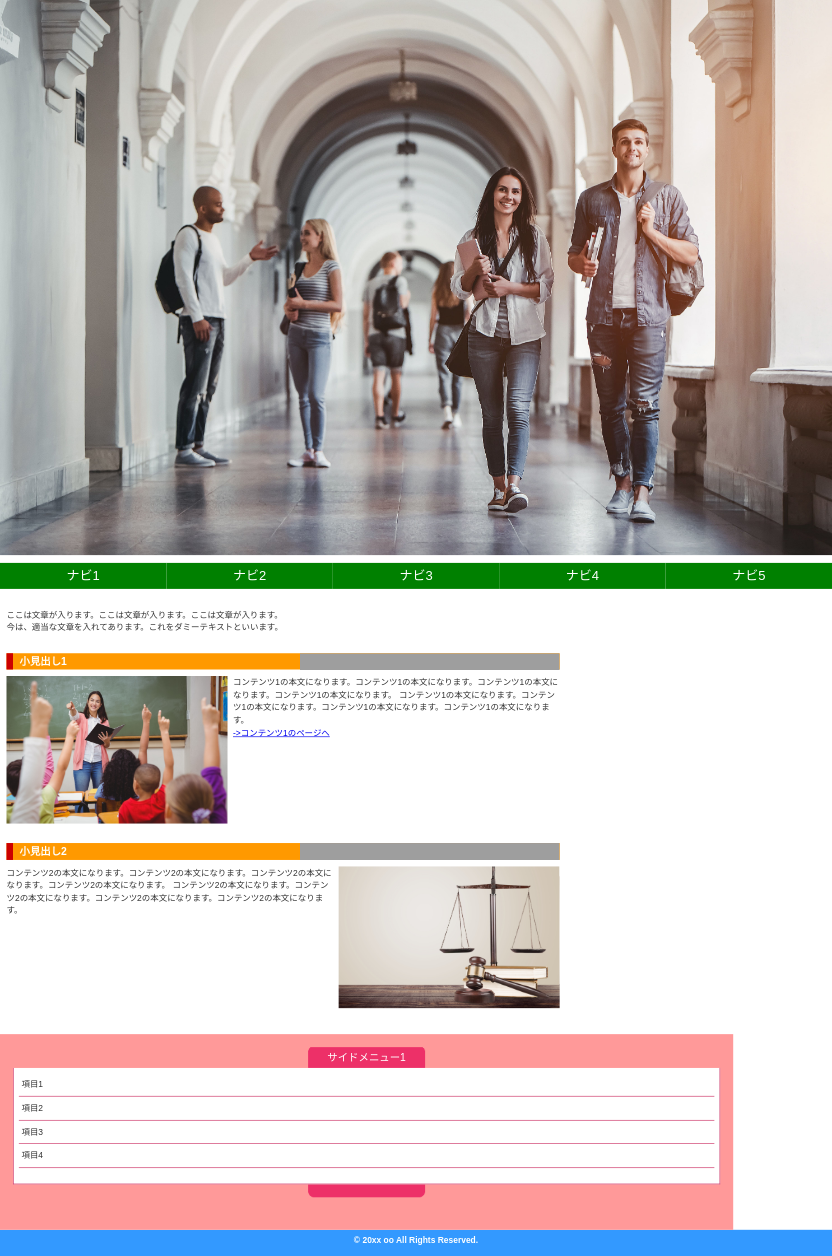
Repository: Thimblee/HTML-CSS-JS
Page: home.html
The author's editor kept a record of every edit. The page is drawn from the files as they stood at one moment, then again after the next edit.
The browser window is 1280 px wide. The pictures show the whole page, at 65% of full size.
Pictures or frames that could not be fetched are drawn as grey boxes.

Above is the page before.

### home.html
<!DOCTYPE html>
<html lang="ja">
    <head>
        <meta charset="UTF-8">
        <title>HTML/CSSの学習</title>
        <link rel="stylesheet" href="stylesheet.css">
    </head>
    <body>
        <div id="header">
            <h1><a href="index.html"><img id="corridor" src="images/corridor.jpg" alt="大学の廊下" /></a></h1>
        </div>
        <div id="wrapper">
            <div id="nav">
                <ul>
                    <li><a href="home.html">ナビ1</a></li>
                    <li><a href="#">ナビ2</a></li>
                    <li><a href="#">ナビ3</a></li>
                    <li><a href="#">ナビ4</a></li>
                    <li><a href="#">ナビ5</a></li>
                </ul>
            </div>
            <div id="container">
                <div id="main">
                    <div class="post">
                        <p>ここは文章が入ります。ここは文章が入ります。ここは文章が入ります。<br />今は、適当な文章を入れてあります。これをダミーテキストといいます。</p>
                    </div>
                    <div class="post clearfix">
                        <h2>小見出し1</h2>
                        <img class="left" src="images/classroom.jpg" alt="授業風景" />
                        <p>
                            コンテンツ1の本文になります。コンテンツ1の本文になります。コンテンツ1の本文になります。コンテンツ1の本文になります。
                            コンテンツ1の本文になります。コンテンツ1の本文になります。コンテンツ1の本文になります。コンテンツ1の本文になります。
                        </p>
                        <p><a href="#">->コンテンツ1のページへ</a></p>
                    </div>
                    <div class="post clearfix">
                        <h2>小見出し2</h2>
                        <img class="right" src="images/scale.jpg" alt="天秤" />
                        <p>
                            コンテンツ2の本文になります。コンテンツ2の本文になります。コンテンツ2の本文になります。コンテンツ2の本文になります。
                            コンテンツ2の本文になります。コンテンツ2の本文になります。コンテンツ2の本文になります。コンテンツ2の本文になります。
                        </p>
                    </div>
                </div>
            </div>
            <div id="side">
                <div class="box">
                    <h2>サイドメニュー1</h2>
                    <div class="boxBody">
                        <ul>
                            <li>項目1</li>
                            <li>項目2</li>
                            <li>項目3</li>
                            <li>項目4</li>
                        </ul>
                    </div>
                </div>
            </div>
        </div>
        <div id="footer">
            <p>&copy; 20xx oo All Rights Reserved.</p>
        </div>
    </body>
</html>

### stylesheet.css
@charset "utf-8";

body {
    margin: 0;
    padding: 0;
    font-family: "ヒラギノ角ゴ Pro W3", "Hiragino Kaku Gothic Pro", "メイリオ", Meiryo, Osaka, "ＭＳ Ｐゴシック", "MS PGothic", sans-serif;
    color: #333;
    font-size: 13px;
    line-height: 150%
}

/* -------------------- wrapper -------------------- */
#wrapper {
    width: 100%;
    margin: auto;
    padding: 0px;
    border: 0px;
    background-color: #FFF;
    top: 10px;
    position: relative;
}

/* -------------------- header -------------------- */
#header {
    width: 100%;
}
#header h1 {
    margin: 0;
    padding: 0;
}

#corridor {
    width: 100%;
    height: auto;
}

/* -------------------- footer -------------------- */
#footer {
    clear: both;
    width: 100%;
    padding: 3px 0 3px 0;
    background: #39F;
    color: #FFF;
    font-weight: bold;
    text-align: center;
}

/* -------------------- nav -------------------- */
#nav {
    width: 100%;
}
#nav ul {
    display: flex;
    margin: 0;
    padding: 0;
    list-style-type: none;
}
#nav ul li {
    width: 20%;
    text-align: center;
}
#nav ul li a {
    display: block;
    height: 20px;
    margin: 0;
    padding: 10px;
    color: #FFF;
    font-size: 20px;
    text-decoration: none;
    background-color: green;
}

#nav ul li a:hover {
    filter: drop-shadow(10px 10px 10px black);
}

/* -------------------- container -------------------- */
#container {
    width: 100%;
    margin: auto;
    padding: auto;
    padding-top: 20px;
    clear: both;
    display: grid;
    grid-template-columns: 70vw 30vw;
}
/* -------------------- main -------------------- */
#main {
    width: 95%;
    padding: 10px 30px 10px 10px;
}
#main h2 {
    margin: 0 0 10px 0;
    padding: 3px 10px 3px 10px;
    color: #FFF;
    font-size: 16px;
    border-left: solid 10px #C00;
    background: #F90 url(../images/main_h2.jpg) right top repeat-y;
}
#main p {
    margin: 0;
    padding: 0;
}
#main .post {
    margin: 0 0 30px 0;
}

#main .post img.right {
    margin: 0 0 0 8px;
}
#main .post img.left {
    margin: 0 8px 0 0;
}

.right {
    float: right;
    width: 40%;
    height: auto;
}
.left {
    float: left;
    width: 40%;
    height: auto;
}

/* -------------------- clearfix -------------------- */
.clearfix {
    zoom: 1;
}
.clearfix:after {
    content: "";
    display: block;
    clear: both;
}

/* -------------------- side -------------------- */
#side {
    width: 85%;
    padding: 20px;
    background-color: #F99;
}
#side .box {
    margin: 0 auto 30px auto;
    padding: 0 0 20px 0;
    background: url(images/side_box.png) bottom no-repeat;
}
#side .box h2 {
    margin: 0;
    padding: 8px;
    text-align: center;
    color: #fff;
    font-size: 16px;
    line-height: 16px;
    font-weight: normal;
    background: url(images/side_box_h2.png) center no-repeat;
}
#side .box .boxBody {
    padding: 8px;
    border-right: solid 1px #C36;
    border-bottom: solid 1px #C36;
    border-left: solid 1px #C36;
    background: #fff;
}
#side .box .boxBody ul {
    margin: 0 0 16px 0;
    padding: 0;
}
#side .box .boxBody ul li {
    padding: 8px 0 8px 4px;
    list-style: none;
    border-bottom: solid 1px #C36;
}

#side .box .boxBody ul li:hover {
    padding: 8px 0 8px 4px;
    list-style: none;
    border-bottom: solid 1px #C36;
    box-shadow: 0px 4px 4px rgba(0, 0, 0, 0.3);
}

After the next edit:
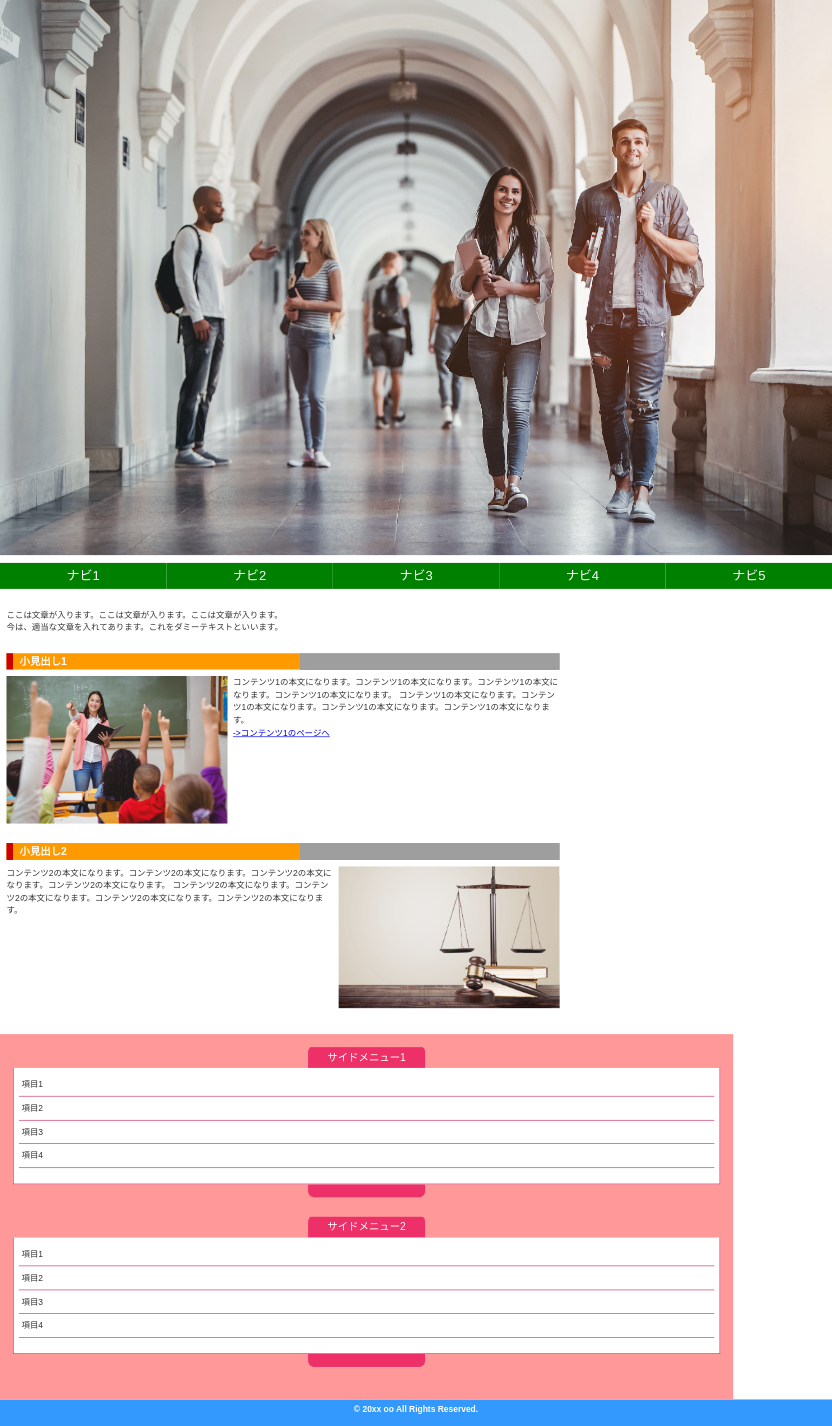
The edit:
--- a/home.html
+++ b/home.html
@@ -55,6 +55,17 @@
                         </ul>
                     </div>
                 </div>
+                <div class="box">
+                    <h2>サイドメニュー2</h2>
+                    <div class="boxBody">
+                        <ul>
+                            <li>項目1</li>
+                            <li>項目2</li>
+                            <li>項目3</li>
+                            <li>項目4</li>
+                        </ul>
+                    </div>
+                </div>
             </div>
         </div>
         <div id="footer">
